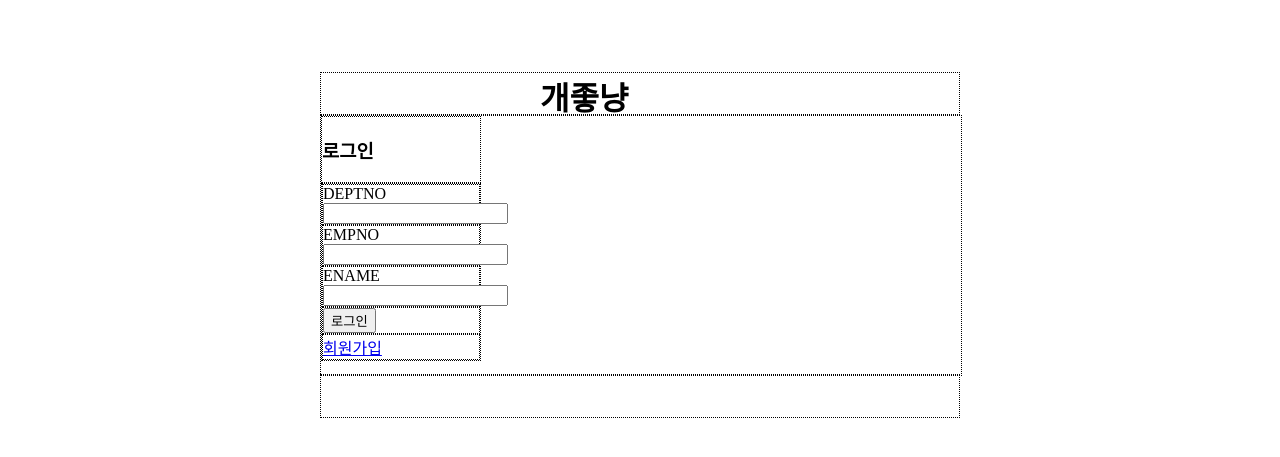
Repository: rmsgh2392/jee-company
Page: http://localhost/company/facade.do
An editor plug-in stored every save of this project. The page is shown before and after the next save, followed by the edit.
The browser window is 1280 px wide. The pictures show the whole page.
The page is served by Tomcat 9. Other server files are loaded and not shown.

Above is the page before, as saved 2019-10-07 10:47:07.

### company/WebContent/WEB-INF/views/facade/main.jsp
<%@ page language="java" contentType="text/html; charset=UTF-8"
    pageEncoding="UTF-8"%>
<%@taglib prefix="e" uri="http://java.sun.com/jsp/jstl/core"%>
<jsp:include page="../common/head.jsp"/>
<div class="container">
	<div><h1 id="main_text">개좋냥</h1></div>
	<div class="content">
	<e:choose>
		<e:when test="${page eq 'login'}">
			<jsp:include page="login.jsp"/>
		</e:when>
		<e:when test="${page eq 'join'}">
			<jsp:include page="join.jsp"/>
		</e:when>
		<e:when test="${page eq 'mypage'}">
			<jsp:include page="mypage.jsp"/>
		</e:when>
	</e:choose>
</div>
<div>
</div>
</div>
<script>
app.init('${ctx}');
</script>
<jsp:include page="../common/foot.jsp"/>

### company/WebContent/WEB-INF/views/common/head.jsp
<%@ page language="java" contentType="text/html; charset=UTF-8"
    pageEncoding="UTF-8"%>
<!DOCTYPE html>
<html>
<head>
<meta charset="UTF-8">
<title>Insert title here</title>
<script src="${js}/jquery.js"></script>
<link rel="stylesheet" type="text/css" href="${css}/style.css"/></link>
<script src="${js}/app.js"></script>
</head>
<body>
<div class="wrapper" style="width:100%; height:100%">
<div></div> <div></div> <div></div>
<div></div>

### company/WebContent/WEB-INF/views/facade/login.jsp
<%@ page language="java" contentType="text/html; charset=UTF-8"
    pageEncoding="UTF-8"%>
<form id="login_form">
	<div><h3 id="join_text">로그인</h3></div>
	<div class = "login_spac">
		<div id="text">
			DEPTNO <input id="deptname" class="login_text" type="text" name="deptNo"/>
		</div>
		<div id="text">
			EMPNO <input id="username" class="login_text" type="text" name="empNo"/>
		</div>
		<div id="text">
			ENAME <input id="userpw" class="login_text" type="text" name="ename"/>
		</div>
		<div>
			<input id="login_btn" type="button" value="로그인"/>
		</div>
		<div>
			<a id="a_join" href="#">회원가입</a>
		</div>
		<input type="hidden" name="action" value="login"/>
		<input type="hidden" name="page" value="mypage"/>
	</div>
</form>
<script>
app.init('${ctx}');
</script>

### company/WebContent/WEB-INF/views/common/foot.jsp
<%@ page language="java" contentType="text/html; charset=UTF-8"
    pageEncoding="UTF-8"%>
<div></div>
<div></div> <div></div> <div></div>
  </div>
</body>
</html>

### company/src/com/company/web/controllers/FacadeController.java
package com.company.web.controllers;

import java.io.IOException;
import javax.servlet.ServletException;
import javax.servlet.annotation.WebServlet;
import javax.servlet.http.HttpServlet;
import javax.servlet.http.HttpServletRequest;
import javax.servlet.http.HttpServletResponse;

import com.company.web.pool.Constants;

@WebServlet("/facade.do")
public class FacadeController extends HttpServlet {
	private static final long serialVersionUID = 1L;

	enum Resources{
		CTX, CSS, JS
	}
	protected void doGet(HttpServletRequest request, HttpServletResponse response) throws ServletException, IOException {
		for(Resources r : Resources.values()) {
			if(r.toString().toLowerCase().equals("ctx")) {
				request.getSession().setAttribute(r.toString().toLowerCase(), request.getContextPath());
			}else {
				request.getSession().setAttribute(r.toString().toLowerCase(), request.getContextPath() + "/resources/" + r.toString().toLowerCase());

			}

		}
		if(request.getParameter("page")==null) {
			request.setAttribute("page", "login");
		}else {
			request.setAttribute("page", request.getParameter("page"));
		}
		request.getRequestDispatcher
		(String.format(Constants.DOUBLE_PATH
				,request.getServletPath().substring(1,request.getServletPath().indexOf(".")),"main"))
		.forward(request, response);

	}

}

### company/WebContent/resources/css/style.css
@charset "UTF-8";
html, body{
	margin: 0;
	height: 100%;
	overflow: hidden;
}
.wrapper{
	display : grid;
	width: 100%;
	height:100%;
	grid-template-columns : 25% 50% 25%;
	grid-template-rows : 10% 60% 30%
}
.container{
	display : grid;
	width: 100%;
	height:100%;
	grid-template-rows : 10% 60% 10%;
}
.content{
	display : grid;
	width: 100%;
	height:100%;
	grid-template-columns: 25% 50% 25%;
	grid-template-rows : 10% 60% 30%;

}
#main_text { width : 200px; margin : 0 auto}
.join_spac{
display : grid;
	margin : 0 auto;
	width : 70%;
	height: 80%;
	grid-template-columns : 30% 20% 50%;
	grid-template-rows : 11% 11% 11% 11% 11% 11% 11% 11% 12%;
	border : 1px solid black;
}
.container div{border : 1px dotted black}
#login_form{width:100%;height:100%}
#login_tab div{border : 1px solid black;}
#dept{
	margin: 0auto;
	width : 100%;
	height : 50px;
}

### company/WebContent/resources/js/app.js
var app = (()=>{
	return {
		init : (ctx)=>{
			employeeService.login(ctx);
			employeeService.join(ctx);
			employeeService.moveJoin(ctx);

		}

	};

})();

var player = (()=>{
	var _empNo,_ename,_job,_mgr,_hireDate,_sal,_comm,_deptNo;

	var setDeptNo = (deptNo)=>{this.deptNo = deptNo;}
	var setEmpNo = (empNo)=>{this.empNo = empNo;}
	var setEname = (ename)=>{this.ename = ename;}
	var getDeptNo = ()=>{return this._deptNo;}
	var getEmpNo = ()=>{return this. _empNo;}
	var getEname = ()=>{return this._ename;}
	return {
		setDeptNo : setDeptNo,
		setEmpNo  :  setEmpNo ,
		setEname : setEname,
		getDeptNo : getDeptNo,
		getEmpNo : getEmpNo,
		getEname : getEname
	};
})();

var employeeService = (()=>{
	return {
		login : (ctx)=>{
			$('#login_btn').click(()=>{
				if($('#username').val()===''||$('#userpw').val()===''||$('#deptname').val()===''){
					alert('필수값이 없습니다.');
				}else{
					/*alert('입력한 값 아이디'+$('#username').val());*/
					$('#login_form').attr('action',ctx+'/company.do');
					$('#login_form').attr('method','GET');
					$('#login_form').submit();
				}

			});
		},
		join: (ctx)=>{
			$('#join_btn').click(()=>{
				if($('#join_empNo').val()===''||$('#join_ename').val()===''){
					alert('필수값이 없습니다.');
				}else{
					/*alert('입력한 값 아이디'+$('#join_empNo').val());*/
					$('#join_form').attr('action',ctx+'/company.do');
					$('#join_form').attr('method','GET');
					$('#join_form').submit();
				}
			});
		},
		moveJoin : (ctx)=>{
			$('#a_join').click(()=>{

				location.assign(ctx+'/facade.do?page=join')
			});
		},


		search: (ctx)=>{
			$('#find2').click(()=>{
				location.assign(ctx+'/player.do?action=search&page=a_position');
			});

			$('#find4').click(()=>{
				location.assign(ctx+'/player.do?action=search&page=4_find_by_teamid_position');

			});

		}

	};
})();

Loaded but not shown: company/WebContent/resources/js/jquery.js (library)

After the next save:
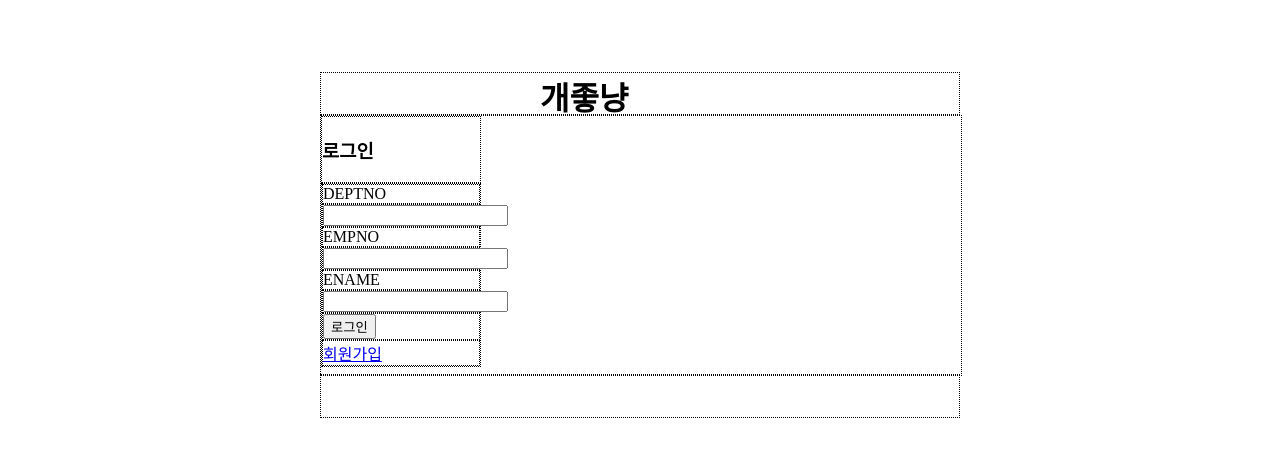
Saved 106 s later.
--- a/company/WebContent/WEB-INF/views/facade/login.jsp
+++ b/company/WebContent/WEB-INF/views/facade/login.jsp
@@ -4,13 +4,13 @@
 	<div><h3 id="join_text">로그인</h3></div>
 	<div class = "login_spac">
 		<div id="text">
-			DEPTNO <input id="deptname" class="login_text" type="text" name="deptNo"/>
+			DEPTNO </div><div id = "input"><input id="deptname" class="login_text" type="text" name="deptNo"/>
 		</div>
 		<div id="text">
-			EMPNO <input id="username" class="login_text" type="text" name="empNo"/>
+			EMPNO </div><div id = "input"><input id="username" class="login_text" type="text" name="empNo"/>
 		</div>
 		<div id="text">
-			ENAME <input id="userpw" class="login_text" type="text" name="ename"/>
+			ENAME </div><div id = "input"><input id="userpw" class="login_text" type="text" name="ename"/>
 		</div>
 		<div>
 			<input id="login_btn" type="button" value="로그인"/>
